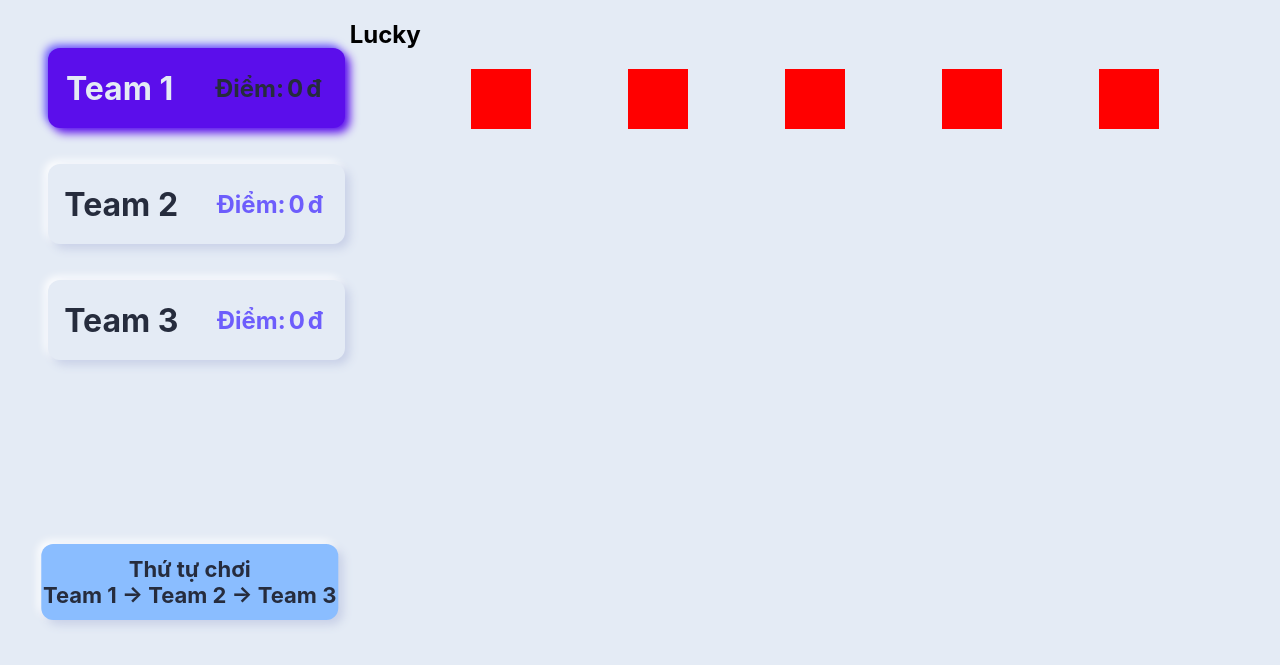
Repository: tinh2044/quzzi_game
Page: /
The author's editor kept a copy of each file at every save. The page is drawn from the files as they stood at one save, then again after the next save.
The browser window is 1280 px wide. The pictures show the whole page.
The project was rebuilt for these pictures with package versions that can differ from the ones it lists, and the page was loaded fresh each time. Also part of the build but not shown: src/components/Notification.jsx, src/components/AnswerItem.jsx, src/components/Question.jsx, src/components/SortTeam.jsx.

Above is the page before, as saved 2022-12-15 09:43:50.

### src/index.js
import React from 'react';
import ReactDOM from 'react-dom/client';
import './index.css';
import App from './App';
import reportWebVitals from './reportWebVitals';

const root = ReactDOM.createRoot(document.getElementById('root'));
root.render(
  // <React.StrictMode>
  <App />,
  {/* </React.StrictMode> */ }
);

// If you want to start measuring performance in your app, pass a function
// to log results (for example: reportWebVitals(console.log))
// or send to an analytics endpoint. Learn more: https://bit.ly/CRA-vitals
reportWebVitals();

### src/App.css
:root {
    --primary-light: #8abdff;
    --primary: #6d5dfc;
    --primary-dark: #5b0eeb;
    --white: #ffffff;
    --greyLight-1: #e4ebf5;
    --greyLight-2: #c8d0e7;
    --greyLight-3: #bec8e4;
    --greyDark: #9baacf;
    --cl-text: #262c3d;
}
#root {
    height: 100%;
}

body {
    overflow: hidden;
    height: 100vh;
    user-select: none;
}
.App {
    height: 100%;
}
.home {
    position: relative;
    width: 100%;
    height: 100%;
    background: var(--greyLight-1);
    display: flex;
    box-shadow: 0.8rem 0.8rem 1.4rem var(--greyLight-2), -0.2rem -0.2rem 1.8rem var(--white);
}

.team {
    width: 35%;
    height: 100%;
    position: relative;
    padding: 0 12px;
    animation: FadeToLeft 0.8s linear;
}

.team_item {
    position: absolute;
    top: 12px;
    height: 80px;
    width: 85%;
    display: flex;
    align-items: center;
    justify-content: space-around;
    margin: 36px;
    transition: all 0.8s linear;
    border-radius: 12px;
    box-shadow: 0.3rem 0.3rem 0.6rem var(--greyLight-2), -0.2rem -0.2rem 0.5rem var(--white);
    background: #ffffff00;
    color: var(--cl-text);
}
.team_item:nth-child(2) {
    animation-duration: 1.5s;
}
.team_item:nth-child(3) {
    animation-duration: 2.5s;
}
.point {
    display: flex;
    align-items: center;
    color: var(--primary);
    font-weight: bold;
    font-size: 24px;
    margin: 0 3px;
}
.number,
.team_item p {
    margin: 0 3px;
}
.order-team {
    position: absolute;
    left: 50%;
    transform: translateX(-45%);
    bottom: 100px;
    width: 85%;
    padding: 12px 0;
    border-radius: 12px;
    box-shadow: 0.3rem 0.3rem 0.6rem var(--greyLight-2), -0.2rem -0.2rem 0.5rem var(--white);
    background: var(--primary-light);
    font-size: 22px;
    font-weight: bold;
    color: var(--cl-text);
    display: flex;
    flex-direction: column;
    align-items: center;
    justify-content: center;
}
.order-team p {
    margin: 0;
}
.active {
    background: var(--primary-dark);
    color: var(--greyLight-1);
    box-shadow: 0.3rem 0.3rem 0.6rem var(--primary-dark), -0.2rem -0.2rem 0.5rem var(--primary);
}
.active .point,
.active .number {
    color: var(--cl-text);
}
.question {
    width: 50%;
    flex: 1;
    padding: 24px;
}
.question h1 {
    box-shadow: 0.3rem 0.3rem 0.6rem var(--greyLight-2), -0.2rem -0.2rem 0.5rem var(--white);
    border-radius: 12px;
    padding: 4px;
    text-align: center;
    animation: FadeToTop 3s cubic-bezier(0.075, 0.82, 0.165, 1);
}

.answer {
    display: flex;
    flex-wrap: wrap;
    justify-content: space-between;
    padding: 24px;
}
.answer-item {
    width: 40%;
    background: var(--greyLight-3);
    padding: 10px;
    border-radius: 8px;
    transition: background 0.3s linear, opacity 1s ease-out, transform 0.3s linear;
    cursor: pointer;

    box-shadow: 0.3rem 0.3rem 0.6rem var(--greyLight-2), -0.2rem -0.2rem 0.5rem var(--white);
}
.answer-item:hover {
    background: var(--primary-light);
    transform: scale(1.1);
}

.A,
.C {
    animation: FadeToLeft 1s cubic-bezier(0.25, 0.46, 0.45, 0.94);
}

.B,
.D {
    animation: FadeToRight 1s cubic-bezier(0.25, 0.46, 0.45, 0.94);
}
.C,
.D {
    animation-duration: 1.8s;
}

.incorrect {
    background-color: #f44336 !important;
    opacity: 0;
    transition: background 0.3s linear, opacity 1s ease-out, transform 0.8s linear;
    transform: scale(0) !important;
}
.correct {
    background-color: #4caf50 !important;
    transform: scale(1.15);
}
.correct:hover {
    transform: scale(1.15);
}

.note {
    min-height: 36px;
    margin-top: 54px;
    animation: FadeToBottom 4s cubic-bezier(0.075, 0.82, 0.165, 1);
    background: var(--greyLight-1);
    box-shadow: 0.3rem 0.3rem 0.6rem var(--greyLight-2), -0.2rem -0.2rem 0.5rem var(--white);
    padding: 8px;
    border-radius: 12px;
    position: relative;
}

.note p {
    margin: 0;
    font-size: 32px;
    font-weight: bold;
    color: #40485a;
    text-align: center;
}

.overlay {
    width: 100%;
    height: 100%;
    display: flex;
    align-items: center;
    justify-content: center;
}

.sort-team {
    width: 50%;
    height: 40%;
    display: flex;
    flex-direction: column;
    align-items: center;
    background-color: var(--greyLight-1);
    border-radius: 1rem;
    box-shadow: 0.3rem 0.3rem 0.6rem var(--greyLight-2), -0.2rem -0.2rem 0.5rem var(--greyLight-2);
    padding: 12px;
    padding-top: 36px;
    animation: Scale 2s cubic-bezier(0.19, 1, 0.22, 1);
}
.sort-team label {
    width: 80%;
    box-shadow: 0.3rem 0.3rem 0.6rem var(--greyLight-2), -0.2rem -0.2rem 0.5rem var(--greyLight-2);
    padding: 8px;
    font-size: 24px;
    font-weight: bold;
    color: var(--cl-text);
    border-radius: 8px;
    text-align: center;
    cursor: pointer;
}

.sort-team #input {
    height: 42px;
    width: 85%;
    margin: 24px;
    border: none;
    border-radius: 16px;
    font-size: 1.3rem;
    padding-left: 12px;
    box-shadow: inset 0.2rem 0.2rem 0.5rem var(--greyLight-2), inset -0.2rem -0.2rem 0.5rem var(--white);
    color: var(--greyDark);
}
input:focus {
    border: none;
    outline: none;
}

.button-submit {
    width: 35%;
    display: flex;
    align-items: center;
    justify-content: center;
    border-radius: 1rem;
    font-size: 1.5rem;
    padding: 8px 4px;
    color: var(--cl-text);
    font-weight: bold;
    box-shadow: 0.3rem 0.3rem 0.6rem var(--greyLight-2), -0.2rem -0.2rem 0.5rem var(--greyLight-2);
    transition: all 0.3s cubic-bezier(0.47, 0, 0.745, 0.715);
    cursor: pointer;
}
.button-submit:hover {
    transform: scale(1.2);
    box-shadow: 0.3rem 0.3rem 0.6rem var(--greyDark), -0.2rem -0.2rem 0.5rem var(--greyDark);
}
@keyframes FadeToTop {
    0% {
        transform: translateY(-42px);
        opacity: 0;
    }
    100% {
        transform: translateY(0px);
        opacity: 1;
    }
}
@keyframes FadeToBottom {
    0% {
        transform: translateY(100px);
        opacity: 0;
    }
    100% {
        transform: translateY(0px);
        opacity: 1;
    }
}
@keyframes FadeToLeft {
    0% {
        transform: translateX(-100px);
        opacity: 0;
    }
    100% {
        transform: translateY(0px);
        opacity: 1;
    }
}
@keyframes FadeToRight {
    0% {
        transform: translateX(100px);
        opacity: 0;
    }
    100% {
        transform: translateY(0px);
        opacity: 1;
    }
}
@keyframes Scale {
    0% {
        transform: scale(0.3);
        opacity: 0;
    }
    100% {
        transform: scale(1);
        opacity: 1;
    }
}
.lucky {
    width: 100%;
}
.main-lucky {
    /* width: 100%; */
    display: flex;
    align-items: center;
    justify-content: space-evenly;
    padding: 0 24px;
}
.item-lucky {
    width: 60px;
    height: 60px;
    background-color: red;
}

### src/components/Home.jsx
import React, { useCallback, useLayoutEffect, useState } from 'react'

import Question from './Question'
import Team from './Team'
import SortTeam from './SortTeam'

import listQuestion from '../data'
import { listTeam } from '../data'
import LuckyWheel from './LuckyWheel'

import "../App.css"
function Home() {
  const [newListTeam, setNewListTeam] = useState(listTeam)
  const [activeTeam, setActiveTeam] = useState(1);
  const [crrQuestion, setCrrQuestion] = useState(listQuestion[0])
  const [correct, setCorrect] = useState(false)
  const [showTeam, setShowTeam] = useState(true)
  const [showWheel, setShowWheel] = useState(true)
  const handleNextQuestion = useCallback((e) => {

    if (e.keyCode === 13 && correct) {
      setActiveTeam((prev) => prev < 3 ? prev + 1 : 1)
      setCorrect(false)
      setCrrQuestion((prev) => {
        const crrIndex = listQuestion.indexOf(prev)
        if (crrIndex < listQuestion.length - 1) {
          return listQuestion[crrIndex + 1]
        }
        else return listQuestion[0]
      })
    }
  }, [correct])


  useLayoutEffect(() => {
    window.addEventListener("keyup", handleNextQuestion)

  }, [handleNextQuestion])

  return (
    <div className="home">
      {
        showTeam ? <Team listTeam={newListTeam} activeTeam={activeTeam} correct={correct} />
          : <SortTeam setShowTeam={setShowTeam} setTeam={setNewListTeam} team={newListTeam} />
      }
      {
        showWheel ? <LuckyWheel />
          : <Question
            question={crrQuestion}
            setQuestion={setCrrQuestion}
            lengthListQuestion={listQuestion.length}
            setActiveTeam={setActiveTeam}
            setNewListTeam={setNewListTeam}
            activeTeam={activeTeam}
            setCorrect={setCorrect}
            correct={correct}
            listTeam={newListTeam}
            showTeam={showTeam}
          />
      }




    </div>
  )
}

export default Home

### src/components/Team.jsx
import React from 'react'


import "../App.css"
import TeamItem from './TeamItem'

function Team({ listTeam, activeTeam, correct }) {
  const orderTeam = listTeam.map(item => item.name).join(" -> ")

  return (
    <div className='team'>
      {listTeam.map(item => (
        <TeamItem key={item.id} team={item} activeTeam={activeTeam} correct={correct} />
      ))}
      <div className='order-team'>
        <p >Thứ tự chơi</p>
        {orderTeam}
      </div>
    </div>
  )
}

export default Team

### src/data/index.js
const listQuestion = [
    {
        id: 1,
        nameQuestion: 'Ứng với công thức C4H8O2 có bao nhiêu este là đồng phân của nhau ?',
        answer: {
            A: "2",
            B: "3",
            C: "4",
            D: "5"
        },
        correct: "C",
    },
    {
        id: 2,
        nameQuestion: 'Este có mùi dứa là?',
        answer: {
            A: "isoamyl axetat",
            B: "etyl butirat",
            C: "etyl axetat",
            D: "geranyl axctat"
        },
        correct: "B",
    },
    {
        id: 3,
        nameQuestion: 'Este nào sau đây khi phản ứng với dung dịch NaOH dư, đun nóng không tạo ra hai muối?',
        answer: {
            A: "C6H5COOC6H5 (phenyl benzoat)",
            B: "CH3COO-[CH2]2-OOCCH2CH3",
            C: "CH3OOC-COOCH",
            D: "CH3COOC6H5 (phenyl axetat)"
        },
        correct: "C",
    },
    {
        id: 4,
        nameQuestion: 'Đun nóng este HCOOCH3 với một lượng vừa đủ dung dịch NaOH, sản phẩm thu được là?',
        answer: {
            A: "CH3COONa và C2H5OH",
            B: "HCOONa và CH3OH",
            C: "HCOONa và C2H5OH",
            D: "CH3COONa và CH3OH"
        },
        correct: "B",
    },
    {
        id: 5,
        nameQuestion: 'Este X chứa vòng benzen có công thức phân từ là C8H8C2. số công thức cấu tạo của X là ',
        answer: {
            A: "3",
            B: "4",
            C: "5",
            D: "6"
        },
        correct: "D",
    },
    {
        id: 6,
        nameQuestion: 'Xà phòng hoá chất nào sau đây thu được glixerol?',
        answer: {
            A: "tristearin",
            B: "metyl axetat",
            C: "metyl fomat",
            D: "benzyl axetat"
        },
        correct: "A",
    },
    {
        id: 7,
        nameQuestion: 'Chất nào sau đây có phân tử khối lớn nhất ?',
        answer: {
            A: "triolein ",
            B: "tripanmitin ",
            C: " tristearin",
            D: "trilinolein"
        },
        correct: "B",
    },
    {
        id: 8,
        nameQuestion: 'Nước ta nằm ở vị trí: ?',
        answer: {
            A: "rìa phía Đông của bán đảo Đông Dương ",
            B: "rìa phía Tây của bán đảo Đông Dương ",
            C: "trung tâm châu Á",
            D: "phía đông Đông Nam Á"
        },
        correct: "A",
    }, {
        id: 9,
        nameQuestion: 'Nằm ở rìa phía Đông của bán đảo Đông Dương là nước: ?',
        answer: {
            A: "Lào ",
            B: "Campuchia ",
            C: "Việt Nam",
            D: "Mi-an-ma"
        },
        correct: "C",
    }, {
        id: 10,
        nameQuestion: 'Điểm cực Bắc của nước ta là xã Lũng Cú thuộc tỉnh: ?',
        answer: {
            A: "Cao Bằng ",
            B: " Hà Giang ",
            C: "Yên Bái",
            D: "Lạng Sơn"
        },
        correct: "B",
    }, {
        id: 11,
        nameQuestion: 'Điểm cực Đông của nước ta là xã Vạn Thạnh thuộc tỉnh: ?',
        answer: {
            A: " Ninh Thuận ",
            B: " Khánh Hòa ",
            C: " Đà Nẵng",
            D: "Phú Yên"
        },
        correct: "B",
    }, {
        id: 12,
        nameQuestion: 'Ở tỉnh Khánh Hòa có một đặc điểm tự nhiên rất đặc biệt là: ?',
        answer: {
            A: "Là tỉnh duy nhất có nhiều đảo ",
            B: "Là tỉnh có điểm cực Đông nước ta ",
            C: "Là tỉnh có nhiều hải sản nhất",
            D: "Là tỉnh có nhiều than nhất"
        },
        correct: "B",
    },
    {
        id: 13,
        nameQuestion: 'Đặc điểm nào sau đây không đúng với lãnh thổ nước ta ?',
        answer: {
            A: "Nằm hoàn toàn trong vùng nhiệt đới nửa cầu Bắc ",
            B: "Nằm trọn trong múi giờ số 8 ",
            C: "Nằm trong vùng có khí hậu nhiệt đới ẩm gió mùa",
            D: "Nằm trong vùng chịu ảnh hưởng của gió Mậu dịch "
        },
        correct: "B",
    },

]

export const listTeam = [{
    name: "Team 1",
    points: 0,
    rank: 1,
    id: 1,
}, {
    name: "Team 2",
    points: 0,
    rank: 2,
    id: 2,
}, {
    name: "Team 3",
    points: 0,
    rank: 3,
    id: 3,
}]
export const listPoints = [10, 5, 20, -5, 15, 10, 5, 20, -5, 15, 10, 5, 20, -5, 15, 10, 5, 20, -5, 15, 10, 5, 20, -5, 15, 10, 5, 20, -5, 15, 10, 5, 20, -5, 15, 10, 5, 20, -5, 15]


export default listQuestion

### src/components/LuckyWheel.jsx
import React from 'react'


const listChar = ["A", "B", "C", "D", "E", "F", "G", "H", "I", "J", "K", "L", "M", "N", "O", "P", "Q", "R", "S", "T", "U", "V", "X", "Y", "W"]
function LuckyWheel() {

    console.log(listChar.length)


    return (
        <div className='lucky'>
            <h2>Lucky</h2>

            <div className='main-lucky'>
                <div className='item-lucky A'></div>
                <div className='item-lucky B'></div>
                <div className='item-lucky C'></div>
                <div className='item-lucky D'></div>
                <div className='item-lucky F'></div>
            </div>
        </div>
    )
}

export default LuckyWheel

### src/components/TeamItem.jsx
import React, { useEffect, useState } from 'react'
import CountUp from "react-countup"

function TeamItem({ team, activeTeam, correct }) {
    const [showTeam, setShowTeam] = useState(false)
    const [crrPoint, setCrrPoint] = useState(0)
    useEffect(() => {
        setTimeout(() => {
            setShowTeam(true)
        }, 300 * team.id);
    }, [team])
    return (
        <div key={team.id} className={`team_item ${team.id === activeTeam ? "active" : ""}`} style={{ transform: `translate(${!showTeam ? -500 : 0}px,${116 * (team.rank - 1)}px)` }}>
            <h1>{team.name}</h1>
            <div className='point'>
                <p>Điểm: </p>
                {
                    crrPoint !== team.points ? <CountUp separator='' className='number' end={team.points} start={crrPoint} duration={1.5} onEnd={() => setCrrPoint(team.points)} />
                        : crrPoint
                }
                <p>đ</p>
            </div>
        </div>
    )
}

export default TeamItem

Loaded but not shown: public/index.html (common file); src/index.css (common file); src/App.js (common file); src/reportWebVitals.js (common file)

After the next save:
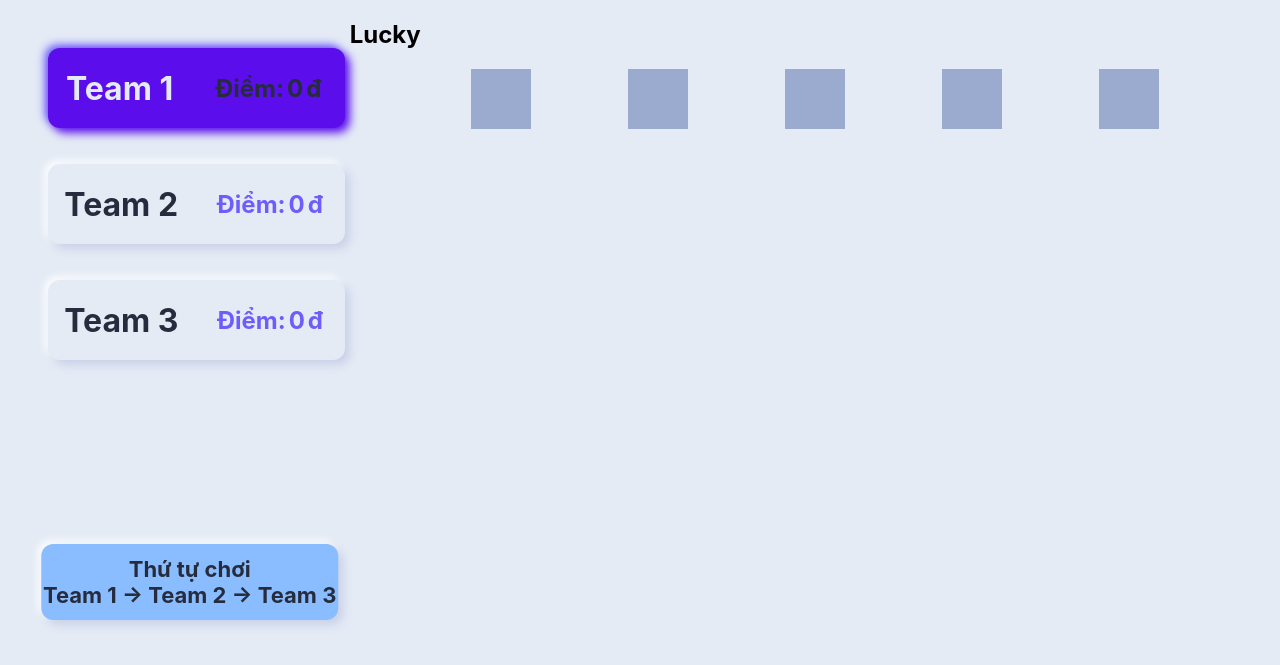
Saved 18 s later.
--- a/src/App.css
+++ b/src/App.css
@@ -312,5 +312,5 @@ input:focus {
 .item-lucky {
     width: 60px;
     height: 60px;
-    background-color: red;
-}
+    background-color: var(--greyDark);
+}
